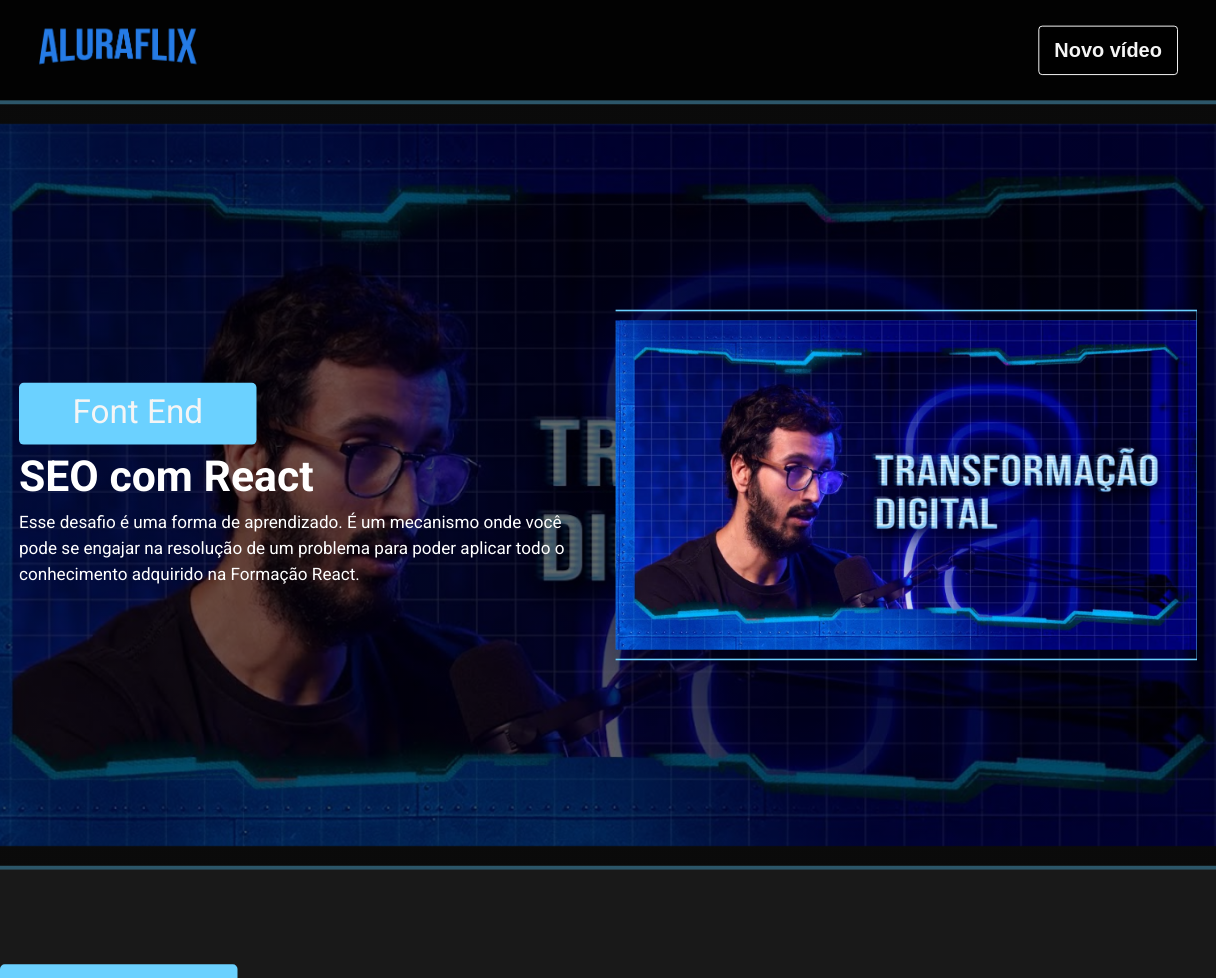
Repository: CarlosEduardoVdeOliveira/aluraflix
Page: /
These files come from the project's save history. The page is drawn as it stood at one moment and after a run of saves; the edit follows.
The browser window is 1280 px wide. The pictures show the part of the page from y = 0 to 1029 px (the page is 4050 px tall before and 3438 px after), at 95% of full size.
Pictures or frames that could not be fetched are drawn as grey boxes. The project was rebuilt for these pictures with package versions that can differ from the ones it lists, and the page was loaded fresh each time. Also part of the build but not shown: vite.config.js, src/components/Input/Input.module.css, src/components/Input/index.jsx, src/components/TextArea/TextArea.module.css, src/components/TextArea/index.jsx, src/pages/RegisterVideo/Register.module.css, src/pages/RegisterVideo/index.jsx, src/components/Table/Table.module.css and 3 more.

Above is the page before, as saved 2023-09-26 10:33:53.

### index.html
<!doctype html>
<html lang="en">
  <head>
    <meta charset="UTF-8" />
    <link rel="preconnect" href="https://fonts.googleapis.com">
    <link rel="preconnect" href="https://fonts.gstatic.com" crossorigin>
    <!-- <link rel="icon" type="image/svg+xml" href="/vite.svg" /> -->
    <meta name="viewport" content="width=device-width, initial-scale=1.0" />
    <link href="https://fonts.googleapis.com/css2?family=Roboto:wght@300;400;500;700&display=swap" rel="stylesheet">
    <title>AluraFlix</title>
  </head>
  <body>
    <div id="root"></div>
    <script type="module" src="/src/main.jsx"></script>
  </body>
</html>

### src/main.jsx
import React from 'react'
import ReactDOM from 'react-dom/client'
import {AppRoutes} from './routes'
import './index.css'
import { ThemeProvider } from '@emotion/react'
import { theme } from './customColors'

ReactDOM.createRoot(document.getElementById('root')).render(
  <React.StrictMode>
    <ThemeProvider theme={theme}>
      <AppRoutes />
    </ThemeProvider>
  </React.StrictMode>,
)

### src/routes.jsx
import { BrowserRouter, Route, Routes } from 'react-router-dom'
import {PageBase} from './pages/pageBase'
import {Home} from './pages/Home'
import { ThemeProvider } from '@mui/material'
import { theme } from './customColors'
import {RegisterVideo} from './pages/RegisterVideo'
import {RegisterCategory} from './pages/RegisterCategory'


export const AppRoutes = () => {
  return (
    <BrowserRouter>
      <ThemeProvider theme={theme}>
        <Routes>
          <Route path='/' element={<PageBase />}>
            <Route index element={<Home />}></Route>
            <Route path='register-video' element={<RegisterVideo />}></Route>
            <Route path='register-category' element={<RegisterCategory />}></Route>
          </Route>
        </Routes>
      </ThemeProvider>
    </BrowserRouter>
  )
}

### src/index.css
:root {
  --gray-100: #F5F5F5;
  --gray-150: #E5E5E5;
  --gray-175: #C2C2C2;
  --gray-300: #9E9E9E;
  --gray-500: #191919;
  --black: #000;
  --blue-500: #2A7AE4;
  --red-500: #E53935;
  font-family: 'Roboto', sans-serif;
  line-height: 1.5;
  font-weight: 400;
  font-size: 1rem;
  font-synthesis: none;
  text-rendering: optimizeLegibility;
  -webkit-font-smoothing: antialiased;
  -moz-osx-font-smoothing: grayscale;
  -webkit-text-size-adjust: 100%;
}
*{
  box-sizing: border-box;
  margin: 0;
  padding: 0;
  scroll-behavior: smooth;
}
body{
  background-color: var(--gray-500);
}
a {
  text-decoration: none;
  transiton: .5s all ease-out;
}

button{
  cusor: pointer;
  transiton: .5s all ease-out;
}

@media screen and (max-width: 1080px){
  body{
    font-size: 87.5%;
  }
}
@media screen and (max-width: 700px){
  body{
    font-size: 75%;
  }
}

### src/customColors.js
import { createTheme } from '@mui/material/styles';

export const theme = createTheme({
  palette: {
    withe: "#FFFFFF",
    gray100: "#F5F5F5",
    gray150: "#E5E5E5",
    gray175: "#C2C2C2",
    gray300: "#9E9E9E",
    gray500: "#191919",
    black: "#000000",
    blue500: "#2A7AE4",
    red500: "#E53935",
  },
});

### src/pages/pageBase/index.jsx
import { Banner } from '../../components/Banner';
import {Footer} from '../../components/Footer';
import {Header} from '../../components/Header'
import { Outlet } from "react-router-dom";
import { useLocation } from 'react-router-dom';


export const PageBase = () => {
  const location = useLocation()
  return (
    <main>
      <Header button={location.pathname === '/'} />
      <Banner banner={location.pathname === '/'} />
      <Outlet />
      <Footer />
    </main>
  )
}

### src/pages/Home/index.jsx
import {Category} from "../../components/Category";

// eslint-disable-next-line react/prop-types
export const Home = () => {

  return (
    <>
      {
        <Category />
      }
    </>
  )
}

### src/components/Banner/index.jsx
/* eslint-disable react/prop-types */
import styles from './Banner.module.css'
import bannerImage from '../../../public/banner.png'
import {TitleCategory} from '../TitleCategory';

export const Banner = ({banner}) => {
  return(
    <>
      {
        banner && (
        <div className={styles.container}>
          <div className={styles.content}>
            <TitleCategory
              bgColor="#6BD1FF"
              color="#f5f5f5"
            >
              Font End
            </TitleCategory>
            <h5 >
              SEO com React
            </h5>
            <p>
              Esse desafio é uma forma de aprendizado.
              É um mecanismo onde você pode se engajar na resolução de um problema
              para poder aplicar todo o conhecimento adquirido na Formação React.
            </p>
          </div>
          <img src={bannerImage} alt='Imagem do SEO da alura, '/>
        </div>
        )
      }
    </>
  );
}

### src/components/Footer/index.jsx
import { Link } from 'react-router-dom'
import logo from '../../assets/logo.png'
import styles from './Footer.module.css'
export const Footer = () => {
  return (
    <footer className={styles.container}>
      <Link to='/'>
        <img src={logo} alt="Logo do aluraflix" />
      </Link>
    </footer>
  )
}

### src/components/Header/index.jsx
/* eslint-disable react/prop-types */
// eslint-disable-next-line no-unused-vars
import React from 'react';
import logo from '../../assets/logo.png'
import styles from './Header.module.css'
import { Link } from 'react-router-dom';
import {Button} from '../Button';


export const Header = ({button}) => {

  return (
    <header className={styles.container}>
      <Link to="/">
        <img src={logo} alt='Logo do aluraflix' />
      </Link>
      {button &&
          <Link to="/register-video">
            <Button
              bgColor="#000"
              borderColor="1px solid #FFF"
              color="#F5f5f5"
            >
                  Novo vídeo
            </Button>
          </Link>
      }
    </header>
  )
}

### src/components/Category/index.jsx
import { TitleCategory } from "../TitleCategory";
import styles from "./Category.module.css";
import { videos, categories } from "../../json/db.json";
import Carousel from 'react-material-ui-carousel'
import { Card } from "../Card";

export const Category = () => {
  function verifyCategory(category){
    const vcat = videos.some(vc => vc.category === category)
    return vcat
  }
    console.log(verifyCategory("Front End"));
  return (
    <>
      {
        categories.map((category) => (
          <section className={styles.container} key={category.id}>
            <TitleCategory color="#fff" bgColor={category.color}>{category.name}</TitleCategory>
            <Carousel >
              <div className={styles.videos}>
                {videos.map(
                  (video) =>
                    category.name === video.category && (
                      <Card
                        link={video.link}
                        key={video.id}
                        thumbnail={video.thumbnail}
                        borderColor={category.color}
                        description={video.description}
                      />
                    )
                )}
              </div>

            </Carousel>
          </section>
        ))
      }
    </>
  );
};

### src/components/Button/index.jsx
/* eslint-disable react/prop-types */
import styles from './Button.module.css'

export const Button = ({children, bgColor, borderColor, color}) => {
  return(
    <button className={styles.button}
      style={{
        background:bgColor,
        border:borderColor,
        color:color
      }}
    >
      {children}
    </button>
  )
}

### src/json/db.json
{
  "videos":[
  {
    "id": 1,
    "name": "Homem-Aranha - Sem Volta Para Casa",
    "link": "https://www.youtube.com/watch?v=k77WZrvuDQU&ab_channel=Alura",
    "thumbnail": "https://i.ytimg.com/vi/k77WZrvuDQU/sddefault.jpg",
    "category": "Front End",
    "description": "Descrição qualquer"
  },
  {
    "id": 2,
    "name": "Homem-Aranha - Sem Volta Para Casa",
    "link": "https://www.youtube.com/watch?v=k77WZrvuDQU&ab_channel=Alura",
    "thumbnail": "https://i.ytimg.com/vi/CyiiEJRZjSU/maxresdefault.jpg",
    "category": "Front End",
    "description": "Descrição qualquer"
  },
  {
    "id": 3,
    "name": "Homem-Aranha - Sem Volta Para Casa",
    "link": "https://www.youtube.com/watch?v=hHM-hr9q4mo&ab_channel=Rocketseat",
    "thumbnail": "https://i.ytimg.com/vi/hHM-hr9q4mo/maxresdefault.jpg",
    "category": "Front End",
    "description": "Descrição qualquer"
  },
  {
    "id": 4,
    "name": "Homem-Aranha - Sem Volta Para Casa",
    "link": "https://www.youtube.com/watch?v=hHM-hr9q4mo&ab_channel=Rocketseat",
    "thumbnail": "https://i.ytimg.com/vi/hHM-hr9q4mo/maxresdefault.jpg",
    "category": "Back End",
    "description": "Descrição qualquer"
  },
  {
    "id": 5,
    "name": "Homem-Aranha - Sem Volta Para Casa",
    "link": "https://www.youtube.com/watch?v=hHM-hr9q4mo&ab_channel=Rocketseat",
    "thumbnail": "https://i.ytimg.com/vi/hHM-hr9q4mo/maxresdefault.jpg",
    "category": "Back End",
    "description": "Descrição qualquer"
  },
  {
    "id": 6,
    "name": "Homem-Aranha - Sem Volta Para Casa",
    "link": "https://www.youtube.com/watch?v=hHM-hr9q4mo&ab_channel=Rocketseat",
    "thumbnail": "https://i.ytimg.com/vi/hHM-hr9q4mo/maxresdefault.jpg",
    "category": "Back End",
    "description": "Descrição qualquer"
  },
  {
    "id": 7,
    "name": "Homem-Aranha - Sem Volta Para Casa",
    "link": "https://www.youtube.com/watch?v=MGIs7DSQ-0A&ab_channel=Alura",
    "thumbnail": "https://i.ytimg.com/vi/MGIs7DSQ-0A/maxresdefault.jpg",
    "category": "Mobile",
    "description": "Descrição qualquer"
  },
  {
    "id": 8,
    "name": "Homem-Aranha - Sem Volta Para Casa",
    "link": "https://www.youtube.com/watch?v=MGIs7DSQ-0A&ab_channel=Alura",
    "thumbnail": "https://i.ytimg.com/vi/MGIs7DSQ-0A/maxresdefault.jpg",
    "category": "Mobile",
    "description": "Descrição qualquer"
  },
  {
    "id": 9,
    "name": "Homem-Aranha - Sem Volta Para Casa",
    "link": "https://www.youtube.com/watch?v=MGIs7DSQ-0A&ab_channel=Alura",
    "thumbnail": "https://i.ytimg.com/vi/MGIs7DSQ-0A/maxresdefault.jpg",
    "category": "Mobile",
    "description": "Descrição qualquer"
  },
  {
    "id": 10,
    "name": "Homem-Aranha - Sem Volta Para Casa",
    "link": "https://www.youtube.com/watch?v=CyiiEJRZjSU",
    "thumbnail": "https://i.ytimg.com/vi/CyiiEJRZjSU/maxresdefault.jpg",
    "category": "Data Science",
    "description": "Descrição qualquer"
  },
  {
    "id": 11,
    "name": "Homem-Aranha - Sem Volta Para Casa",
    "link": "https://www.youtube.com/watch?v=CyiiEJRZjSU",
    "thumbnail": "https://i.ytimg.com/vi/CyiiEJRZjSU/maxresdefault.jpg",
    "category": "Data Science",
    "description": "Descrição qualquer"
  },
  {
    "id": 12,
    "name": "Homem-Aranha - Sem Volta Para Casa",
    "link": "https://www.youtube.com/watch?v=CyiiEJRZjSU",
    "thumbnail": "https://i.ytimg.com/vi/CyiiEJRZjSU/maxresdefault.jpg",
    "category": "Data Science",
    "description": "Descrição qualquer"
  },
  {
    "id": 13,
    "name": "Homem-Aranha - Sem Volta Para Casa",
    "link": "https://www.youtube.com/watch?v=CyiiEJRZjSU",
    "thumbnail": "https://i.ytimg.com/vi/CyiiEJRZjSU/maxresdefault.jpg",
    "category": "UX",
    "description": "Descrição qualquer"
  },
  {
    "id": 14,
    "name": "Homem-Aranha - Sem Volta Para Casa",
    "link": "https://www.youtube.com/watch?v=CyiiEJRZjSU",
    "thumbnail": "https://i.ytimg.com/vi/CyiiEJRZjSU/maxresdefault.jpg",
    "category": "UX",
    "description": "Descrição qualquer"
  },
  {
    "id": 15,
    "name": "Homem-Aranha - Sem Volta Para Casa",
    "link": "https://www.youtube.com/watch?v=CyiiEJRZjSU",
    "thumbnail": "https://i.ytimg.com/vi/CyiiEJRZjSU/maxresdefault.jpg",
    "category": "UX",
    "description": "Descrição qualquer"
  },
  {
    "id": 16,
    "name": "Homem-Aranha - Sem Volta Para Casa",
    "link": "https://www.youtube.com/watch?v=CyiiEJRZjSU",
    "thumbnail": "https://i.ytimg.com/vi/CyiiEJRZjSU/maxresdefault.jpg",
    "category": "Infra",
    "description": "Descrição qualquer"
  },
  {
    "id": 17,
    "name": "Homem-Aranha - Sem Volta Para Casa",
    "link": "https://www.youtube.com/watch?v=CyiiEJRZjSU",
    "thumbnail": "https://i.ytimg.com/vi/CyiiEJRZjSU/maxresdefault.jpg",
    "category": "Infra",
    "description": "Descrição qualquer"
  },
  {
    "id": 18,
    "name": "Homem-Aranha - Sem Volta Para Casa",
    "link": "https://www.youtube.com/watch?v=CyiiEJRZjSU",
    "thumbnail": "https://i.ytimg.com/vi/CyiiEJRZjSU/maxresdefault.jpg",
    "category": "Infra",
    "description": "Descrição qualquer"
  },
  {
    "id": 19,
    "name": "Homem-Aranha - Sem Volta Para Casa",
    "link": "https://www.youtube.com/watch?v=CyiiEJRZjSU",
    "thumbnail": "https://i.ytimg.com/vi/CyiiEJRZjSU/maxresdefault.jpg",
    "category": "Inovation",
    "description": "Descrição qualquer"
  },
  {
    "id": 20,
    "name": "Homem-Aranha - Sem Volta Para Casa",
    "link": "https://www.youtube.com/watch?v=CyiiEJRZjSU",
    "thumbnail": "https://i.ytimg.com/vi/CyiiEJRZjSU/maxresdefault.jpg",
    "category": "Inovation",
    "description": "Descrição qualquer"
  },
  {
    "id": 21,
    "name": "Homem-Aranha - Sem Volta Para Casa",
    "link": "https://www.youtube.com/watch?v=CyiiEJRZjSU",
    "thumbnail": "https://i.ytimg.com/vi/CyiiEJRZjSU/maxresdefault.jpg",
    "category": "Inovation",
    "description": "Descrição qualquer"
  },
  {
    "id": 22,
    "name": "Homem-Aranha - Sem Volta Para Casa",
    "link": "https://www.youtube.com/watch?v=CyiiEJRZjSU",
    "thumbnail": "https://i.ytimg.com/vi/CyiiEJRZjSU/maxresdefault.jpg",
    "category": "AI",
    "description": "Descrição qualquer"
  }
],
"categories":[
  {

    "id":1,
    "name":"Front End",
    "description": "Todos os vídeo da área de Front End juntarei nessa categoria para organizar os estudos que venho fazendo atualmente (FieldTextarea)",
    "color":"#6BD1FF"
  },
  {
    "id":2,
    "name":"Back End",
    "description": "Todos os vídeo que estou usando para estudar Back End ",
    "color":"#69953B"
  },
  {
    "id":3,
    "name":"Design & UX",
    "description": "Ferramentas e técnicas que estudo sobre UX e Design",
    "color":"#DC6EBE"
  },
  {
    "id":4,
    "name":"Infraestrutura" ,
    "description": "Tudo que estou aprendendo sobre Docker e muito mais",
    "color":"#9CD33B"
  },
  {
    "id":5,
    "name":"Marketing Digital",
    "description": "A forma de vender a monetizar minhas ideias",
    "color":"#6B5BE2"
  },
  {
    "id":6,
    "name":"Data Science",
    "description": "Coisas de R e Python que venho aprendendo",
    "color":"#9CD33B"
  },
  {
    "id":7,
    "name":"Inovação & Gestão",
    "description": "Como manter o time feliz e muito mais",
    "color":"#FF8C2A"
  },
  {
    "id":8,
    "name":"Mobile",
    "description": "Conteúdo que venho estudando sobre React Native e Flutter",
    "color":"#FFBA05"
  },
  {
    "id":9,
    "name":"AI",
    "description": "Conteúdo que venho estudando sobre React Native e Flutter",
    "color":"#B210C7"
  }
]
}

### src/components/Banner/Banner.module.css
.container{
  background: linear-gradient(rgba(0, 0, 0, 0.59), rgba(0, 0, 0, 0.59)),
  url(../../../public/banner.png) center / cover no-repeat;
  width: 100%;
  height: 50.563rem;
  display: grid;
  grid-template-columns: 1fr 1fr;
  align-items: center;
  gap: 1rem;
  padding: 20px;
}
.container img{
  width: 100%;
  flex-shrink: 0;
}
.content{
  color: #FFF;
}
.content h5{
  font-size: 2.813rem;
}
.content p{
  font-size: 1.125rem;
}

### src/components/TitleCategory/index.jsx
import styles from "./TitleCategory.module.css"
// eslint-disable-next-line react/prop-types
export const TitleCategory = ({children, bgColor, color}) => {
  return(
    <div
      className={styles.container}
      style={{
        backgroundColor: bgColor,
        color: color
      }}
    >
      {children}
    </div>
  )
}

### src/components/Footer/Footer.module.css
.container{
  display: flex;
  align-items: center;
  justify-content: center;
  padding: 1.688rem 2.5rem;
  background-color: rgba(0, 0, 0, 0.9);
}

.container img{
  width: 168.45px;
  height: 40px;
}

### src/components/Header/Header.module.css
.container{
  display: flex;
  justify-content: space-between;
  align-items: center;
  padding: 1.688rem 2.5rem;
  background-color: rgba(0, 0, 0, 0.9);
}

.container img{
  width: 168.45px;
  height: 40px;
}

### src/components/Category/Category.module.css
.container{
  display: flex;
  flex-direction: column;
  overflow: none;
  gap: 1rem;
  margin-top: 100px;
}
.videos{
  display: flex;
  width: 10px;
}

### src/components/Card/index.jsx
/* eslint-disable react/prop-types */
import styles from './Card.module.css'
import { Link } from 'react-router-dom'

export const Card = ({
  id,
  link,
  thumbnail,
  description,
  borderColor
}) => {
  return(
    <>
      <Link
        to={link}
        className={styles.card}
        style={{border:`1px solid ${borderColor}`}}
        key={id}
        target='_blank'
        title={description}
      >
        <img src={thumbnail} alt={description} />
      </Link>

    </>
  )
}

### src/components/Button/Button.module.css
.button{
  color: #FFF;
  text-align: center;
  padding: 0.8rem 1rem;
  border-radius: .25rem;
  font-size: 21px;
  font-style: normal;
  font-weight: 600;
  cursor: pointer;
  line-height: 24px;
  transition: all .5s ease-in-out;
}

.button:hover{
  opacity: 0.8;
}

### src/components/TitleCategory/TitleCategory.module.css
.container{
  width: fit-content;
  min-width: 15.625rem;
  height: 4.063rem;
  padding: 0.313rem;
  text-align: center;
  border-radius: 0.313rem;
  font-size: 2.188rem;

  white-space: nowrap;

  display: -webkit-box;

  -webkit-box-orient: vertical;
}

### src/components/Card/Card.module.css
.card{
  width: 433px;
  height: 263px;
  border-radius: .25rem;
  animation: slideAnimation 5s infinite alternate;
}
.card img{
  width: 430px;
  height: 260px;
  border-radius: .25rem;
}

After the next 2 saves:
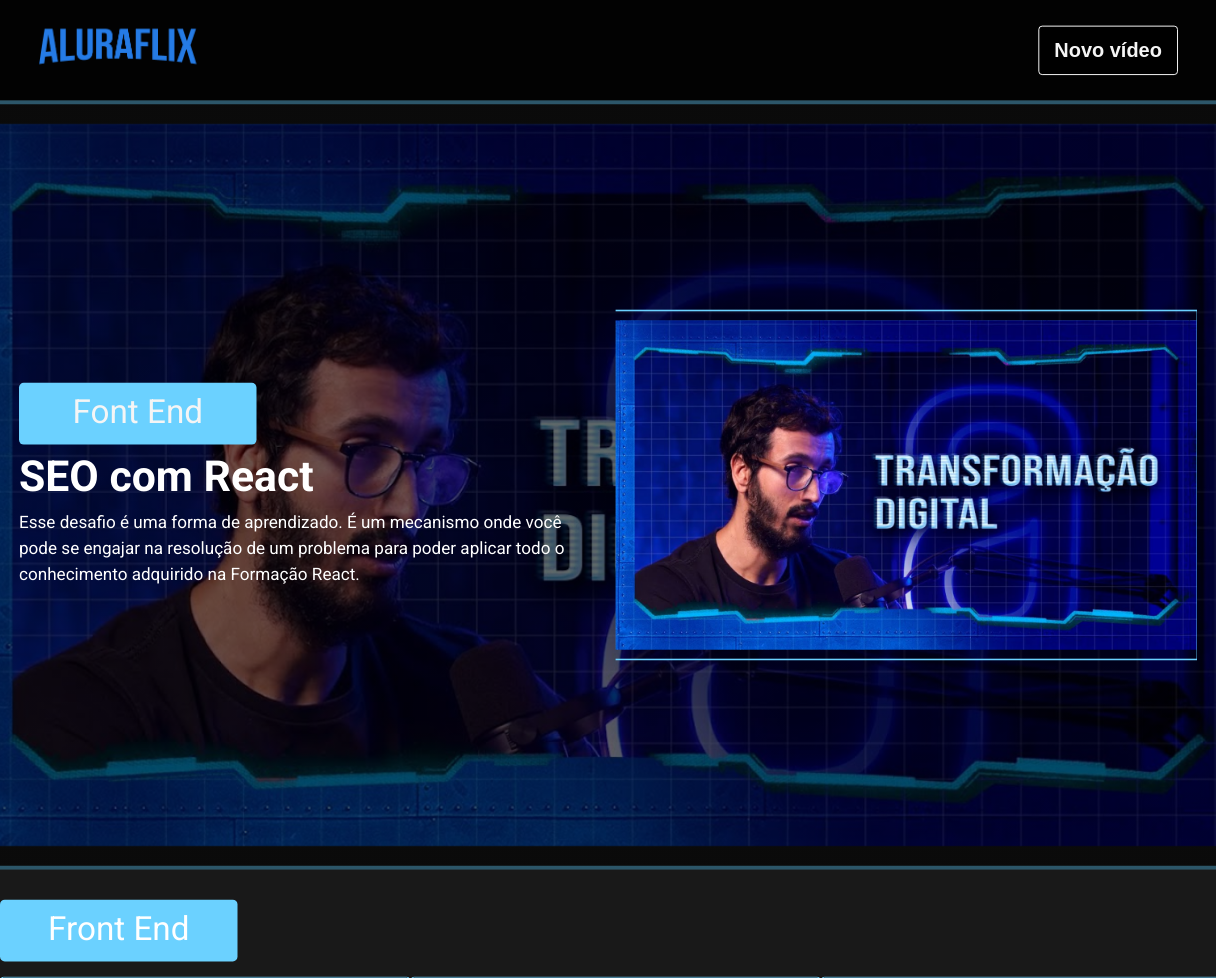
The 2 saves are shown as one change because they came seconds apart.
The last was saved 14 s later.
--- a/src/components/Category/Category.module.css
+++ b/src/components/Category/Category.module.css
@@ -3,7 +3,7 @@
   flex-direction: column;
   overflow: none;
   gap: 1rem;
-  margin-top: 100px;
+  margin-top: 2rem;
 }
 .videos{
   display: flex;
